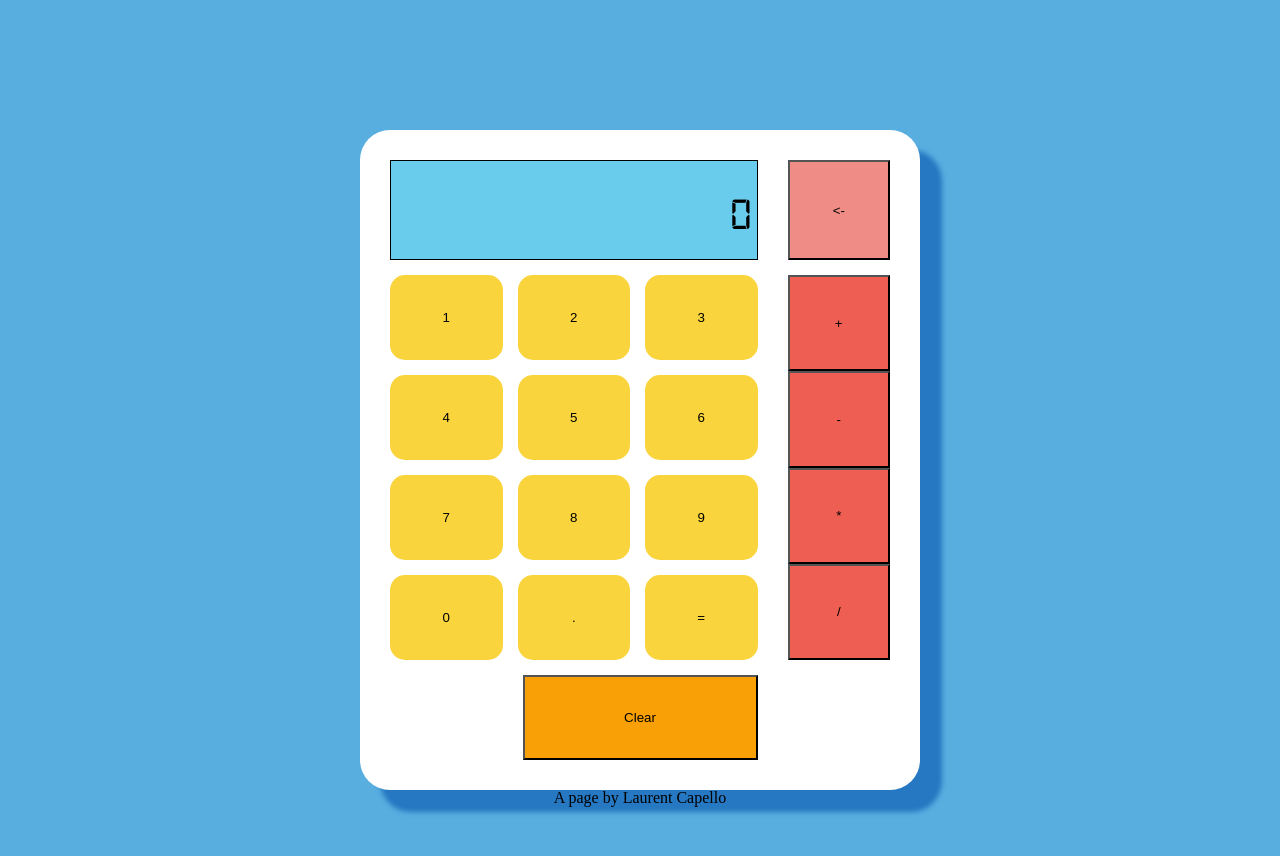
Repository: sokafootball/js-calculator
Page: index.html
The author's editor kept a copy of each file at every save. The page is drawn from the files as they stood at one save, then again after the next save.
The browser window is 1280 px wide. The pictures show the whole page.

Above is the page before, as saved 2020-05-06 20:03:29.

### index.html
<html>
<head>
  <title>Javascript Calculator - By Laurent Capello</title>
  <link rel="stylesheet" type="text/css" href="reset.css">
  <link rel="stylesheet" type="text/css" href="style.css">
  <!--<link rel="stylesheet" type="text/css" href="wireframe.css">-->
  <link href="https://fonts.googleapis.com/css2?family=Barlow:wght@300&display=swap" rel="stylesheet">
</head>
<body>
<main id="main">
  <div id="calculator">
    <p id="display">0</p>
    <button id="backspace" class="button"><-</button>
    <div id="numpad">
      <button class="button num-button">1</button>
      <button class="button num-button">2</button>
      <button class="button num-button">3</button>
      <button class="button num-button">4</button>
      <button class="button num-button">5</button>
      <button class="button num-button">6</button>
      <button class="button num-button">7</button>
      <button class="button num-button">8</button>
      <button class="button num-button">9</button>
      <button class="button num-button">0</button>
      <button id="decimal-button" class="button">.</button>
      <button id="equal-button" class="button">=</button>
    </div>
    <div id="operators">
      <button class="button operation-button">+</button>
      <button class="button operation-button">-</button>
      <button class="button operation-button">*</button>
      <button class="button operation-button">/</button>
    </div>
    <button id="clear-button" class="button">Clear</button>
  </div>
</main>
<footer id="footer">
  <p>A page by <span id="signature">Laurent Capello</span></p>
</footer>
<div id="hidden-element" class="display-full" style="display: none"></div>
<script type="text/javascript" src="script.js"></script>
</body>
</html>

### style.css
@font-face {
  font-family: "calcFont";
  src: url("./fonts/digital-7/digital-7.ttf");
  }

:root {
  --row-gap: 15px;
}

body{
  align-items: center;
  background-color: hsl(202, 68%, 61%);
  display: flex;
  flex-direction: column;
  justify-content: space-between;
}

.display-full{
  animation-name: display-full;
  animation-duration: 0.3s;
}

#numpad button{
  background-color: hsl(48, 95%, 61%);
  border-radius: 15px;
  border-width: 0px;
}

#backspace{
  background-color: hsl(4, 77%, 73%);
  grid-area: backspace;
}

#calculator{
  background-color: white;
  border-radius: 30px;
  box-shadow: 21px 21px 5px 1px hsl(208, 68%, 45%);
  display: grid;
  gap: var(--row-gap) 30px;
  grid-template-areas:
    "display display display backspace"
    "numpad numpad numpad operators"
    "numpad numpad numpad operators"
    "numpad numpad numpad operators"
    "numpad numpad numpad operators"
    ". clear clear .";
  grid-template-columns: repeat(4, 1fr);
  grid-template-rows: 100px repeat(5, 1fr); /*first row is fixed to stop the border animation from taking space from other rows*/
  height: 600px;
  margin-top: 130px;
  padding: 30px;
  width: 500px;
}

#calc-top{
  margin-bottom: 40px;
}

#clear-button{
  background-color: hsl(38, 95%, 50%);
  grid-area: clear;
}

#display{
  background-color: hsl(195, 78%, 67%);
  border: 1px solid black;
  font-family: 'calcFont', sans-serif;
  font-size: 45px;
  grid-area: display;
  line-height: 95px;
  padding-right: 5px;
  text-align: right;
  vertical-align: middle;
}

#footer{
  margin-bottom: 50px;
}

#numpad{
  display: grid;
  gap: var(--row-gap);
  grid-area: numpad;
  grid-template-columns: repeat(3, 1fr);
  grid-template-rows: repeat(4, 1fr);
}

#operators{
  display: flex;
  flex-direction: column;
  justify-content: space-evenly;
  grid-area: operators;
}

#operators button{
  background-color: hsl(4, 82%, 63%);
  flex-grow: 1;
}

@keyframes display-full{
  0% {border: 1px solid black;}
  50% {
    border: 2px solid red;
    box-shadow: 0px 0px 6px 1px red;
    line-height: 93px;
    padding-right: 4px;
  }
  100% {border: 1px solid black;}
}

### script.js
/*
CODE BY LAURENT CAPELLO
*/

//#region STARTUP
const MAX_DISPLAY_LENGTH = 14
const MAX_DECIMALS = 3
const EXPONENTIAL_NOTATION_DIGITS = MAX_DISPLAY_LENGTH - 4 //4 digits are reserved for the exponential notation and the dot
let display = document.querySelector(`#display`)
let overwriteIsOn = true
let operation = null, operand1 = null, operand2 = null

addFunctionsToBtns()

function addFunctionsToBtns(){
	let numButtons = document.querySelectorAll(`.num-button`)
	numButtons = Array.from(numButtons)
	numButtons.forEach(button => {
		button.addEventListener(`click`, () => pressNumBtn(button.innerText))
	});

	let opButtons = document.querySelectorAll(`.operation-button`)
	opButtons = Array.from(opButtons)
	opButtons.forEach(button => {
		button.addEventListener(`click`, () => pressOperationBtn(button.innerText))
	});

	let equalButton = document.querySelector(`#equal-button`)
	equalButton.addEventListener(`click`, pressEqualBtn)

	let clearButton = document.querySelector(`#clear-button`)
	clearButton.addEventListener(`click`, pressClearBtn)

	let bckSpaceBtn = document.querySelector(`#backspace`)
	bckSpaceBtn.addEventListener(`click`, pressBackspaceBtn)

	let decimalBtn = document.querySelector(`#decimal-button`)
	decimalBtn.addEventListener(`click`, pressDecimalBtn)

	document.onkeydown = (e) => filterKeyPress(e)
}

function filterKeyPress(e){
	console.log(`key pressed`)
	if (e.which <= 105 && e.which >= 96){
		pressNumBtn(Number(e.key))
	} else if (e.which == 106 || e.which == 107 || e.which == 109 || e.which == 111) {
		pressOperationBtn(e.key)
	} else if (e.which == 13){
		pressEqualBtn()
	} else if (e.which == 110){
		pressDecimalBtn()
	} else if (e.which == 8){
		pressBackspaceBtn()
	}
}
//#endregion

//#region SUPPORT FUNCTIONS
function clear(){
	display.innerText = `0`
	operation = null
	operand1 = null
	operand2 = null
	overwriteIsOn = true
}

function displayNumber(num){
	if(num == 0 && display.innerText == `0`) return
  if(overwriteIsOn){
		if(num == `.`){
			display.innerText += num
		}else{
			display.innerText = num
		}
		overwriteIsOn = false
	}else{
		if(display.innerText.length >= MAX_DISPLAY_LENGTH){
			animateDisplay()
			return
		}
		display.innerText += num
	}
}

function displayResult(){
	operand1 = operate(operation, operand1, operand2)
	operand2 = null
	display.innerText = operand1
}

function saveNumber(){
	if(operation == null)
		operand1 =  Number(display.innerText)
	else operand2 =  Number(display.innerText)
}

function saveOperation(operationSign){
	operation = operationSign
	overwriteIsOn = true
}

function truncateDecimals(num){
	if((num % 1).toString().length > MAX_DECIMALS) return Number(num).toFixed(MAX_DECIMALS)
	return num
}

function truncateIntegers(num){
	if(num.toString().length <= MAX_DISPLAY_LENGTH) return num
	return num.toExponential(EXPONENTIAL_NOTATION_DIGITS)
}
//#endregion

//#region BUTTONS FUNCTIONS
function pressBackspaceBtn(){
	//if display length is 1
	if(display.innerText.length == 1){
		display.innerText = `0`
	}else{
		let displayArray = Array.from(display.innerText)
		displayArray.pop()
		display.innerText = displayArray.join(``)
	}
	saveNumber()
}

function pressDecimalBtn(){
	//add dot to the right of the number on display
	if (display.innerText.includes(`.`)) return
	displayNumber(`.`)
	saveNumber()
}

function pressClearBtn(){
	clear()
}

function pressEqualBtn(){
	if(operand1 != null && operand2 != null){
		displayResult()
		operation = null
		overwriteIsOn = true
		operand2 = null
	}else{
		operation = null
		overwriteIsOn = true
		operand2 = null
		display.innerText = operand1 == null ? `0` : operand1
	}
}

function pressNumBtn(num){
	displayNumber(Number(num))
	saveNumber()
}

function pressOperationBtn(operationSign){
	if (operation == null){
		saveOperation(operationSign)
	}else{
		if(operand1 != null && operand2 != null){
			displayResult()
		}
		saveOperation(operationSign)
	}
}
//#endregion

//#region MATH FUNCTIONS
function operate(operation, a, b){
	let result = null
	switch (operation){
		case `+`:
			operation = add
			break
		case `-`:
			operation = subtract
			break;
		case `*`:
			operation = multiply
			break
		case `/`:
			operation = divide
			break;
		default:
			console.log(`invalid operation`)
			return
	}
	result = Number(operation(a,b))
	result = truncateDecimals(result)
	result = truncateIntegers(result)
  return Number(result)
}

function add (...nums) {
	return nums.reduce((total, num) => {
		return total + num
	}, 0)
}

function subtract (...nums) {
	return nums.reduce((total, num) => {
		return total - num
	})
}

function sum (arr) {
	return add(...arr)
}

function divide (...nums){
	if (nums[1] == 0){
		console.log(`you can't divide by 0!`)
		clear()
		return 0
	}
	return nums.reduce((total, num) => total / num
	)
}

function multiply (...nums) {
	return nums.reduce((total, num) => {
		return total * num
	})
}
//#endregion

//#region DISPLAY ANIMATION FUNCTIONS
function convertDuration(durationString){
	let duration = Number(durationString.replace(`s`, ``))
	return duration * 1000
}

function animateDisplay(){
	let animDurationString = getComputedStyle(document.querySelector(`.display-full`)).animationDuration
	const ANIM_DURATION = convertDuration(animDurationString)
	display.classList.remove(`display-full`)
	display.classList.add(`display-full`)
	setTimeout(() => display.classList.remove(`display-full`), ANIM_DURATION);
}
//#endregion

Loaded but not shown: reset.css (common file)

After the next save:
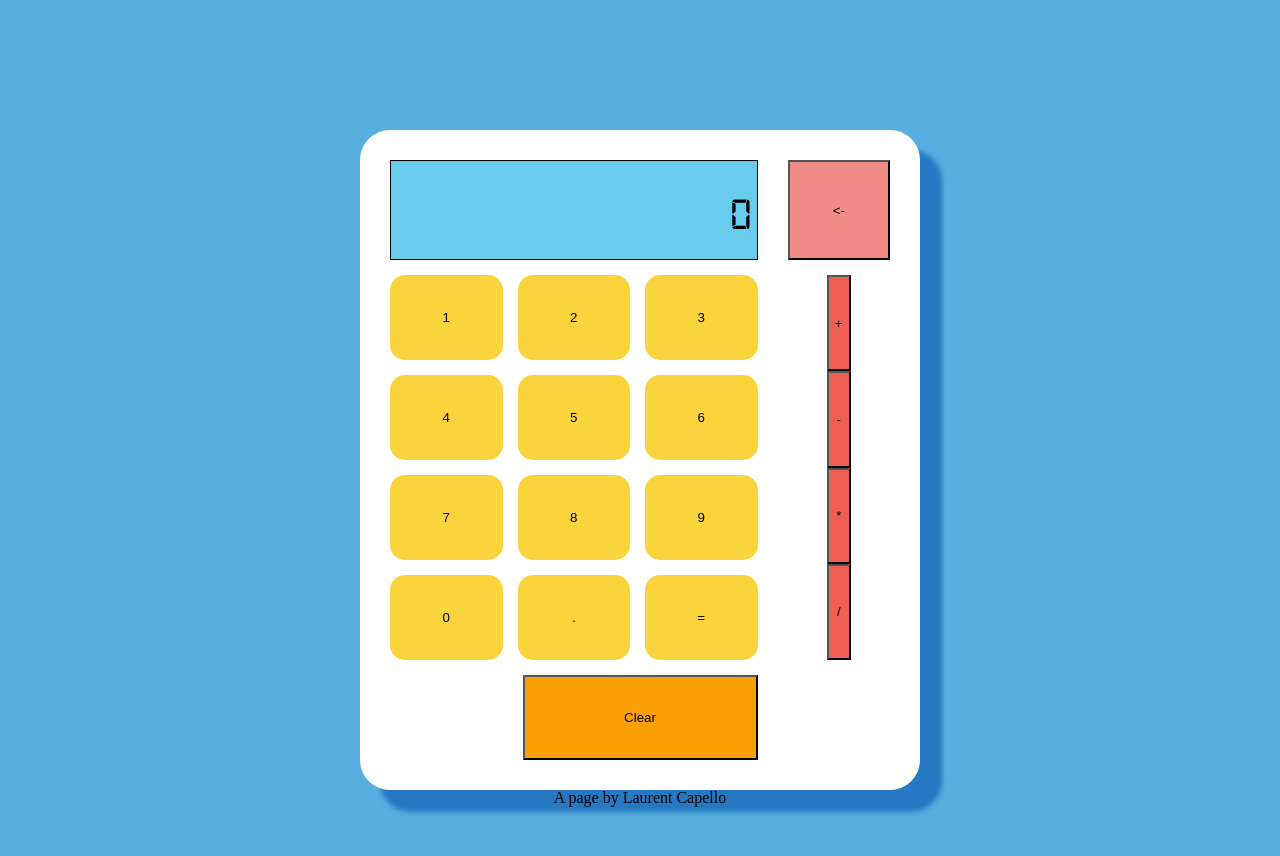
Saved 65 s later.
--- a/style.css
+++ b/style.css
@@ -84,9 +84,17 @@
   grid-template-columns: repeat(3, 1fr);
   grid-template-rows: repeat(4, 1fr);
 }
+/*
+#operators{
+  display: flex;
+  flex-direction: column;
+  justify-content: space-evenly;
+  grid-area: operators;
+}
+*/
 
 #operators{
-  display: flex;
+  display: grid;
   flex-direction: column;
   justify-content: space-evenly;
   grid-area: operators;

After the save that followed:
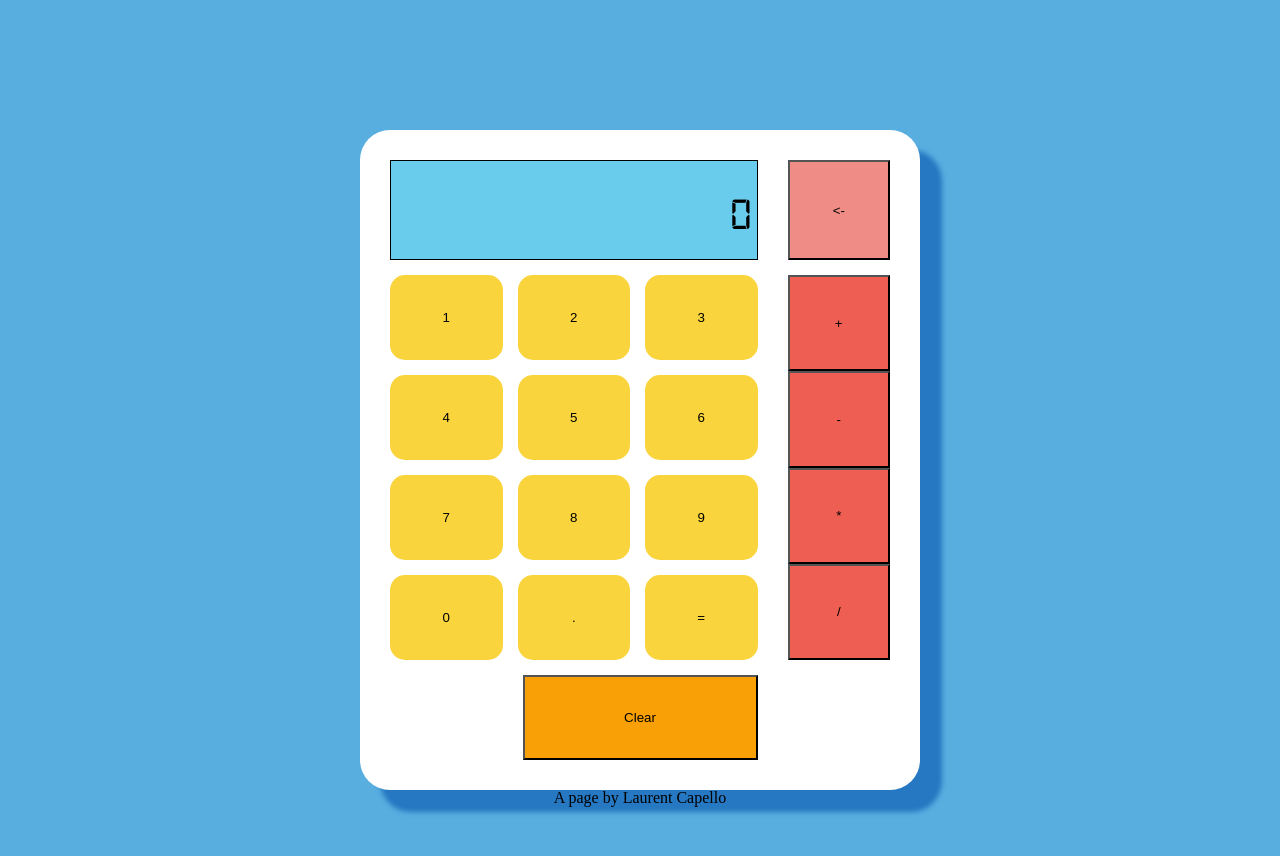
Saved 19 s later.
--- a/style.css
+++ b/style.css
@@ -95,8 +95,7 @@
 
 #operators{
   display: grid;
-  flex-direction: column;
-  justify-content: space-evenly;
+  grid-template-rows: repeat(4, 1fr);
   grid-area: operators;
 }
 
